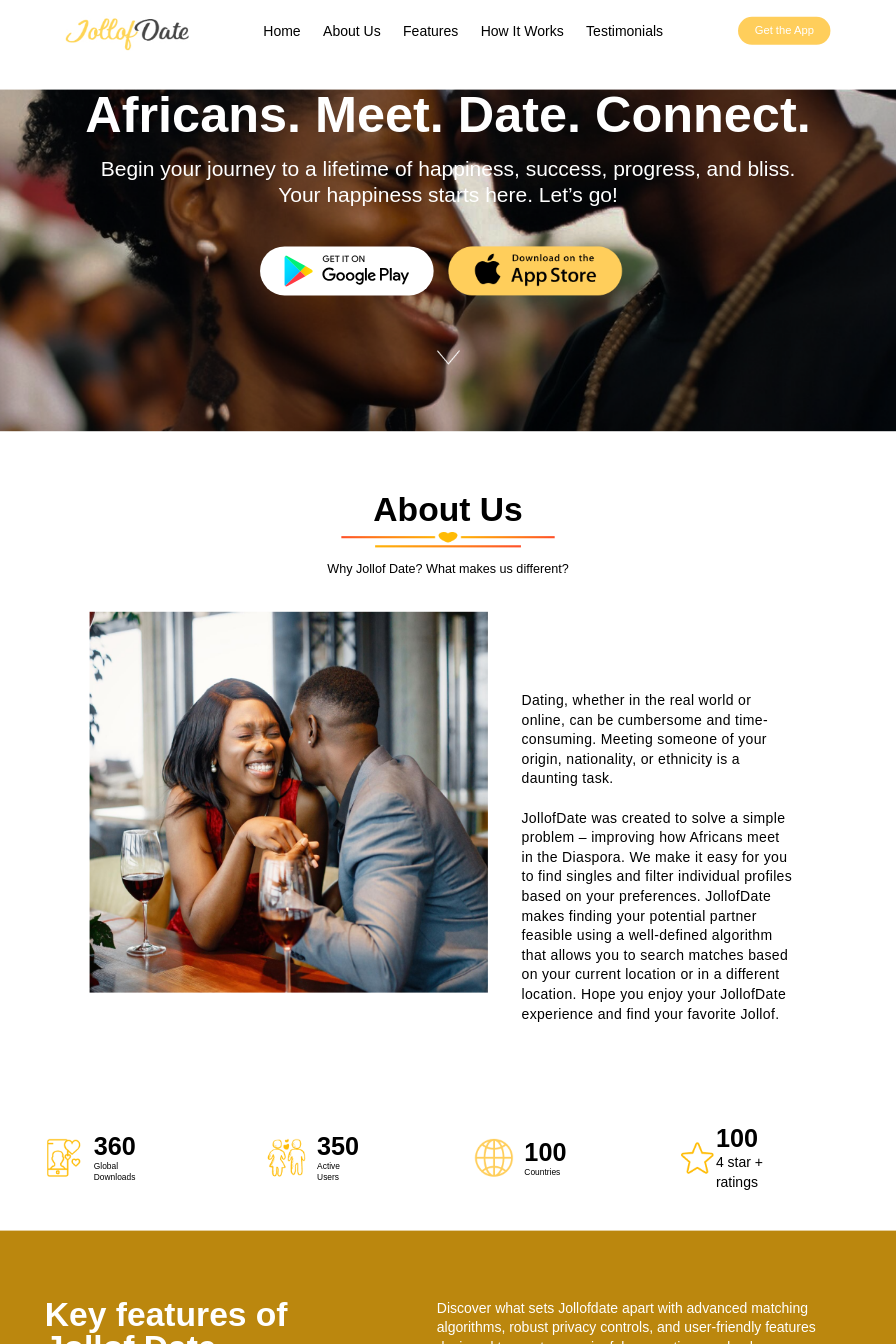
Repository: FarhanNasiru/jollofdate-frontend
Page: /
These files come from the project's save history. The page is drawn as it stood at one moment and after the next save; the edit follows.
The browser window is 1280 px wide. The pictures show the part of the page from y = 0 to 1920 px (the page is 6996 px tall before and 7252 px after), at 70% of full size.
Some web fonts or font styles are not loaded; a fallback is used. The project was rebuilt for these pictures with package versions that can differ from the ones it lists, and the page was loaded fresh each time. Also part of the build but not shown: vite.config.js, src/Pages/Footer2.jsx, src/components/Header2.jsx, src/Pages/privacy.jsx, src/Pages/Term.jsx.

Above is the page before, as saved 2024-08-20 16:42:12.

### index.html
<!doctype html>
<html lang="en">
  <head>
    <meta charset="UTF-8" />
    <link rel="icon" type="image/svg+xml" href="/vite.svg" />
    <meta name="viewport" content="width=device-width, initial-scale=1.0" />
    <title>Jellof Date</title>
  </head>
  <body>
    <div id="root"></div>
    <script type="module" src="/src/main.jsx"></script>
  </body>
</html>

### src/App.jsx
import { BrowserRouter as Router, Route, Routes } from "react-router-dom";
import Home from "./Pages/Home";
import Privacy from "./Pages/privacy";
import Terms from "./Pages/Term";
import "./index.css";
const App = () => {
  return (
    <Router>
      <main>
        <Routes>
          <Route path="/" element={<Home />} />
          <Route path="/privacy" element={<Privacy />} />
          <Route path="/terms" element={<Terms />} />
        </Routes>
      </main>
    </Router>
  );
};

export default App;

### src/index.css
@import url('https://fonts.cdnfonts.com/css/hvdtrial-brandon-grotesque');
@import url('https://fonts.googleapis.com/css2?family=Almendra:ital,wght@0,400;0,700;1,400;1,700&display=swap');
@import "slick-carousel/slick/slick.css";
@import "slick-carousel/slick/slick-theme.css";

@tailwind base;
@tailwind components;
@tailwind utilities;

### src/Pages/Home.jsx
import Faq from "../components/Faq";
import Testimonials from "../components/Testimonials";
import Community from "../components/Community";
import How from "../components/Howitworks";
import Features from "../components/Features";
import About from "../components/Aboutus";
import Download from "../components/Download";
import Footer from "../components/Footer";
import Header from "../components/Header";

function Home() {
  return (
    <main className=" bg-white justify-center font-HvDTrial">
      <Header />
      <section
        id="home"
        className="pl-8 pr-8 justify-center bg-center bg-no-repeat items-center w-full lg:mt-32 lg:pb-9 bg-[url('/Images/Home-bg.png')] "
      >
        <h1 className="  text-wrap text-white text-7xl md:text-7xl  font-medium md:font-semibold text-center pb-6 h-auto">
          Africans. Meet. Date. Connect.{" "}
        </h1>
        <p className=" text-2xl px-6 text-center text-white font-normal md:text-3xl">
          Begin your journey to a lifetime of happiness, success, progress, and
          bliss.
          <br /> Your happiness starts here. Let’s go!
        </p>
        <div className=" flex justify-center pt-12 flex-wrap pb-16">
          <a
            href="#"
            className="bg-transparent text-black px-1 py-1 rounded flex items-center"
          >
            <img
              src="/Images/Googleplay-whitesvg.svg"
              alt="Google Play"
              className="w-full h-full img-center"
            />
          </a>
          <a
            href="#"
            className="bg-transparent text-black px-4 py-2 rounded flex items-center"
          >
            <img
              src="/Images/Applestore-white.png"
              alt="App Store"
              className="w-full h-full mr-2"
            />
          </a>
        </div>
        <div className=" justify-center ">
          <a href="#footer">
            <img
              src="/Images/Home-arrow.png"
              alt=""
              className=" sm:hidden md:flex lg:flex xl:flex justify-center m-auto md:mb-14"
            />
          </a>
        </div>
      </section>
      <About />
      <Features />
      <How />
      <Testimonials />
      <Community />
      <Faq />
      <Download />
      <Footer />
    </main>
  );
}

export default Home;

### src/components/Faq.jsx
import { useState } from "react";

function Faq() {
  const [openIndexes, setOpenIndexes] = useState([]);

  const toggleDropdown = (index) => {
    if (openIndexes.includes(index)) {
      setOpenIndexes(openIndexes.filter((i) => i !== index));
    } else {
      setOpenIndexes([...openIndexes, index]);
    }
  };

  const faqItems = [
    "How can I create my profile on the app?",
    "How can I create my profile on the app?",
    "How can I create my profile on the app?",
    "How can I create my profile on the app?",
    "How can I create my profile on the app?",
    "How can I create my profile on the app?",
  ];

  return (
    <section id="frequently-asked-questions" className="pb-14 sm:px-9">
      <div className="sm:pb-20 md:pb-12">
        <h2 className="text-2xl md:text-3xl font-bold text-center pt-5">
          Frequently Asked Questions
        </h2>
        <div className="flex justify-center py-4">
          <img src="/Images/love-logo.png" alt="" className=" md:w-auto" />
        </div>
        <h3 className="text-center text-lg">
          You have questions? Check here for answers
        </h3>
      </div>
      <div className="text-left sm:text-wrap px-4">
        {faqItems.map((item, index) => (
          <div key={index} className=" mx-auto mt-3">
            <div
              className={`flex pt-7 pl-16 pr-12 pb-6 justify-between cursor-pointer ${
                openIndexes.includes(index)
                  ? "bg-customYellow1 font-bold text-black text-xl rounded-t-md"
                  : "bg-bright text-black text-lg border-solid border rounded-lg border-customYellow1"
              }`}
              onClick={() => toggleDropdown(index)}
            >
              <p className="text-xl font-medium">{item}</p>
              {openIndexes.includes(index) ? (
                <div className="h-6 w-6">
                  <img src="/Images/add.svg" alt="" />
                </div>
              ) : (
                <div className="h-6 w-6">
                  <img src="/Images/add2.svg" alt="" className="bg-white" />
                </div>
              )}
            </div>
            {openIndexes.includes(index) && (
              <div className="p-4 bg-customYellow1 rounded-b-md shadow pt-7 pl-16 pr-12 pb-8">
                <p className=" xl:w-custom3text-xl md:text-wrap sm:text-balance">
                  Begin your journey to a lifetime of happiness, success,
                  progress and bliss. Begin your journey to a lifetime of
                  happiness, success, progress and bliss. Begin your journey to
                  a lifetime of happiness, success, progress and bliss. Begin
                  your journey to a lifetime of happiness, success, progress and
                  bliss. Begin your journey to a lifetime of happiness, success,
                  progress and bliss. Begin your journey to a lifetime of
                  happiness, success, progress and bliss. Begin your journey to
                  a lifetime of happiness, success, progress and bliss.
                </p>
              </div>
            )}
          </div>
        ))}
      </div>
    </section>
  );
}

export default Faq;

### src/components/Testimonials.jsx
import { Carousel } from "antd";

function Testimonials() {
  const contentStyle = {
    height: "auto",
    color: "#fff",
    lineHeight: "40px",
    textAlign: "center",
    background: "transparent",
  };

  const testimonials = [
    {
      quote:
        "“Other dating apps were like shooting fish in a barrel. But my girlfriend and I clicked right away on Jollofdate, and the conversation was effortless. We’ve been together for over a year.”",
      name: "Caitlyn King",
    },
    {
      quote:
        "“Other dating apps were like shooting fish in a barrel. But my girlfriend and I clicked right away on Jollofdate, and the conversation was effortless. We’ve been together for over a year.”",
      name: "Crystabel lyn",
    },
    {
      quote:
        "“Other dating apps were like shooting fish in a barrel. But my girlfriend and I clicked right away on Jollofdate, and the conversation was effortless. We’ve been together for over a year.”",
      name: "David Johnson",
    },
    {
      quote:
        "“Other dating apps were like shooting fish in a barrel. But my girlfriend and I clicked right away on Jollofdate, and the conversation was effortless. We’ve been together for over a year.”",
      name: "King Micheal",
    },
  ];

  return (
    <section id="testimonials" className="p-8 pt-24">
      <div>
        <h2 className="text-5xl font-normal text-center p-2">Testimonials</h2>
        <div className="flex justify-center pb-5 md:pb-6">
          <img src="/Images/love-logo.png" alt="Love Logo" />
        </div>
        <h3 className="text-center text-lg">
          Read what our existing users have to say
        </h3>
      </div>
      <div className="text-center pt-9 pb-16 text-black">
        <Carousel autoplay>
          {testimonials.map((testimonial, index) => (
            <div key={index}>
              <div style={contentStyle}>
                <h1 className="text-black text-center m-auto font-normal text-2xl text-wrap">
                  {testimonial.quote}
                </h1>
                <div className="flex justify-center py-3">
                  {[...Array(5)].map((_, i) => (
                    <img
                      key={i}
                      src="/Images/Star.svg"
                      alt="Star"
                      className="mx-1"
                    />
                  ))}
                </div>
                <p className="text-center text-black text-lg pb-8">
                  {testimonial.name}
                </p>
              </div>
            </div>
          ))}
        </Carousel>
      </div>
    </section>
  );
}

export default Testimonials;

### src/components/Community.jsx
function Community() {
  return (
    <div>
      <section
        id="Community"
        className="bg-custom-radial flex flex-col items-center justify-center mb-28 px-6 pt-8"
      >
        <div className="space-y-8 text-center text-black">
          <div>
            <h1 className="text-3xl sm:text-4xl md:text-5xl font-bold">
              Join the
            </h1>
            <h2 className="text-3xl sm:text-4xl md:text-5xl font-bold">
              Jollof Date Community
            </h2>
          </div>
          <div className="w-full sm:w-4/5 md:w-3/5 lg:w-custom9 mx-auto">
            <h3 className="text-sm sm:text-base font-normal">
              Download the app from your store and begin your journey to a
              lifetime of happiness, success, progress, and bliss.
            </h3>
          </div>
          <div className="flex flex-col md:flex-row justify-center items-center m-auto gap-3">
            <a href="" className="w-32 md:w-40">
              <img
                src="/Images/Applestore-dark.png"
                alt="Download on the App Store"
                className="m-auto"
              />
            </a>
            <a href="" className="w-32 md:w-40">
              <img
                src="/Images/Googleplay-Dark.png"
                alt="Get it on Google Play"
                className="m-auto"
              />
            </a>
          </div>
        </div>
        <div className="flex justify-center mt-8">
          <img
            src="/Images/threephones.png"
            alt="Three phones showing the app"
            className="w-full sm:w-4/5 md:w-3/5 lg:w-auto"
          />
        </div>
      </section>
    </div>
  );
}

export default Community;

### src/components/Howitworks.jsx
function Howitworks() {
  return (
    <div>
      <section id="how-it-works" className="pt-16 md:pt-72 pb-10">
        <h2 className="text-2xl md:text-3xl font-bold text-center mt-24 md:mt-44 p-2">
          How it works
        </h2>
        <div className="flex justify-center pb-4 md:pb-2">
          <img src="/Images/love-logo.png" alt="" className=" md:w-auto" />
        </div>
        <h3 className="text-center text-sm md:text-base pb-4 md:pb-6">
          A step-by-step guide on how to get started on Jollof Date
        </h3>
        <div className="flex flex-col xl:flex-row p-4 md:p-8 space-y-8 md:space-y-0">
          <div id="picture" className="flex justify-center   space-x-3 ">
            <img
              src="/Images/f-and-j-frame.png"
              alt=""
              className="w-full md:w-auto"
            />
          </div>
          <div className="icon space-y-8 md:space-y-11 md:ml-11">
            <div className="flex gap-4 md:gap-6">
              <img
                src="/Images/sign up.png"
                alt=""
                className="w-12 h-12 md:w-16 md:h-16"
              />
              <div>
                <h1 className="font-bold text-xl md:text-2xl">Sign Up</h1>
                <h2 className="font-normal text-sm md:text-xl">
                  Begin your journey to a lifetime of happiness, success,
                  progress, and bliss.
                </h2>
              </div>
            </div>
            <div className="flex gap-4 md:gap-6">
              <img
                src="/Images/create.png"
                alt=""
                className="w-12 h-12 md:w-16 md:h-16"
              />
              <div>
                <h1 className="font-bold text-xl md:text-2xl">
                  Create Profile and Add Preferences
                </h1>
                <h2 className="font-normal text-sm md:text-xl">
                  Share your interests, hobbies, and a bit about yourself to
                  help us find your perfect match.
                </h2>
              </div>
            </div>
            <div className="flex gap-4 md:gap-6">
              <img
                src="/Images/browse.png"
                alt=""
                className="w-12 h-12 md:w-16 md:h-16"
              />
              <div>
                <h1 className="font-bold text-xl md:text-2xl">
                  Browse and Match
                </h1>
                <h2 className="font-normal text-sm md:text-xl">
                  Use our advanced filters to find people who share your
                  interests and values. Start connecting today.
                </h2>
              </div>
            </div>
            <div className="flex gap-4 md:gap-6">
              <img
                src="/Images/chat.png"
                alt=""
                className="w-12 h-12 md:w-16 md:h-16"
              />
              <div>
                <h1 className="font-bold text-xl md:text-2xl">Chat and Call</h1>
                <h2 className="font-normal text-sm md:text-xl">
                  Get to know your matches better and build connections in a
                  safe and private environment.
                </h2>
              </div>
            </div>
          </div>
        </div>
      </section>
    </div>
  );
}

export default Howitworks;

### src/components/Features.jsx
function Features() {
  return (
    <div>
      <section
        id="features"
        className=" md:p-8 pt-16 md:pt-24 mb-20 md:mb-40 bg-featuresY h-full w-full md:h-custom16"
      >
        <div className="">
          <div className="flex flex-col md:flex-row justify-between m-auto px-4 md:px-8 space-y-4 md:space-y-0">
            <h3 className="text-3xl md:text-5xl font-bold w-full md:w-96 h-auto md:h-36 text-white">
              Key features of Jollof Date
            </h3>
            <h2 className="text-xl w-full md:w-custom4 font-normal text-white">
              Discover what sets Jollofdate apart with advanced matching
              algorithms, robust privacy controls, and user-friendly features
              designed to create meaningful connections and enhance your online
              dating experience.
            </h2>
          </div>
          <div className="flex flex-col md:flex-row h-full space-y-4 md:space-y-0 md:space-x-9 pl-0 md:pl-8 pr-0 md:pr-8 mt-8 w-full">
            <div className="bg-white text-center border rounded-3xl">
              <img
                src="/Images/phone1.png"
                alt=""
                className="w-full md:w-auto"
              />
            </div>
            <div className="bg-white text-center border rounded-3xl">
              <a href="">
                <img src="/Images/Phone2.png" alt="" className="w-full" />
              </a>
            </div>
            <div className="bg-white text-center border rounded-3xl">
              <a href="">
                <img src="/Images/Phone3.png" alt="" className="w-full" />
              </a>
            </div>
          </div>
        </div>
      </section>
    </div>
  );
}

export default Features;

### src/components/Aboutus.jsx
function Aboutus() {
  return (
    <div>
      <section id="about-us" className="pt-16 md:pt-20">
        <div className="px-4 md:px-24">
          <h2 className="text-3xl md:text-5xl font-bold text-center p-2">
            About Us
          </h2>
          <div className="flex justify-center pb-4">
            <img src="/Images/love-logo.png" alt="" className="md:14" />
          </div>
          <h3 className="text-center text-base md:text-lg pb-8 md:pb-12">
            Why Jollof Date? What makes us different?
          </h3>
          <div className="flex flex-col xl:flex-row gap-4 lg:gap-8 px-2 lg:px-8 pb-16 lg:pb-32 justify-center">
            <img
              src="/Images/Lovers.png"
              alt=""
              className="max-w-xl max-h-3px"
            />
            <div className="tracking-wide bg-white p-4 md:pt-28 font-normal text-base md:text-xl">
              <p>
                Dating, whether in the real world or online, can be cumbersome
                and time-consuming. Meeting someone of your origin, nationality,
                or ethnicity is a daunting task.
              </p>
              <br />
              <p>
                JollofDate was created to solve a simple problem – improving how
                Africans meet in the Diaspora. We make it easy for you to find
                singles and filter individual profiles based on your
                preferences. JollofDate makes finding your potential partner
                feasible using a well-defined algorithm that allows you to
                search matches based on your current location or in a different
                location. Hope you enjoy your JollofDate experience and find
                your favorite Jollof.
              </p>
            </div>
          </div>
        </div>
        <div className="flex flex-col md:flex-row justify-center items-center space-y-12 md:space-y-0 md:space-x-20 lg:space-x-48 px-16 pb-14 w-11/12">
          <div className="flex items-center">
            <img src="/Images/person.png" alt="Person Icon" className="mr-4" />
            <div className="text-center md:text-left">
              <h1 className="font-bold text-4xl">360</h1>
              <h2 className="text-xs">Global Downloads</h2>
            </div>
          </div>

          <div className="flex items-center">
            <img src="/Images/people.png" alt="People Icon" className="mr-4" />
            <div className="text-center md:text-left">
              <h1 className="font-bold text-4xl">350</h1>
              <h2 className="text-xs">Active Users</h2>
            </div>
          </div>

          <div className="flex items-center">
            <img src="/Images/world-o.png" alt="World Icon" className="mr-4" />
            <div className="text-center md:text-left">
              <h1 className="font-bold text-4xl">100</h1>
              <h2 className="text-xs">Countries</h2>
            </div>
          </div>

          <div className="flex items-center">
            <img src="/Images/Star2.png" alt="Star Icon" className="" />
            <div className="text-center md:text-left">
              <h1 className="font-bold text-4xl">100</h1>
              <h2 className="text-xs lg:text-xl">4 star + ratings</h2>
            </div>
          </div>
        </div>
      </section>
    </div>
  );
}

export default Aboutus;

### src/components/Download.jsx
function Download() {
  return (
    <section
      id="last"
      className=" mt-20 w-full justify-center bg-customYellow1 md:w-3/4 xl:w-4/5 md:h-full pb-9 m-auto pt-9 p-11 border-0 rounded-2xl -mb-[100px] relative "
    >
      <div className="">
        <div>
          <h1 className="text-center font-normal text-xl pb-3 pl-3 pr-3">
            Your one stop spot for the right relationship
          </h1>
        </div>
        <h3 className="text-center font-bold text-4xl pb-3 lg:">
          Download Jollofdate Now
        </h3>
        <h2 className=" flex text-center justify-center m-auto font-normal xl:w-80 pb-8">
          Begin your journey to a lifetime of happiness, success, progress and
          bliss.
        </h2>
        <div className="text-center md:flex flex-wrap justify-center gap-4 m-auto space-y-7 md:space-y-0 ">
          <img
            src="/Images/Applestore-dark.png"
            alt=""
            className="m-auto md:m-0"
          />
          <img
            src="/Images/Googleplay-Dark.png"
            alt=""
            className="m-auto md:m-0"
          />
        </div>
      </div>
    </section>
  );
}

export default Download;

Loaded but not shown: src/main.jsx (common file); tailwind.config.js (58 lines, source omitted); src/components/Header.jsx (148 lines, source omitted); src/components/Footer.jsx (106 lines, source omitted)

After the next save:
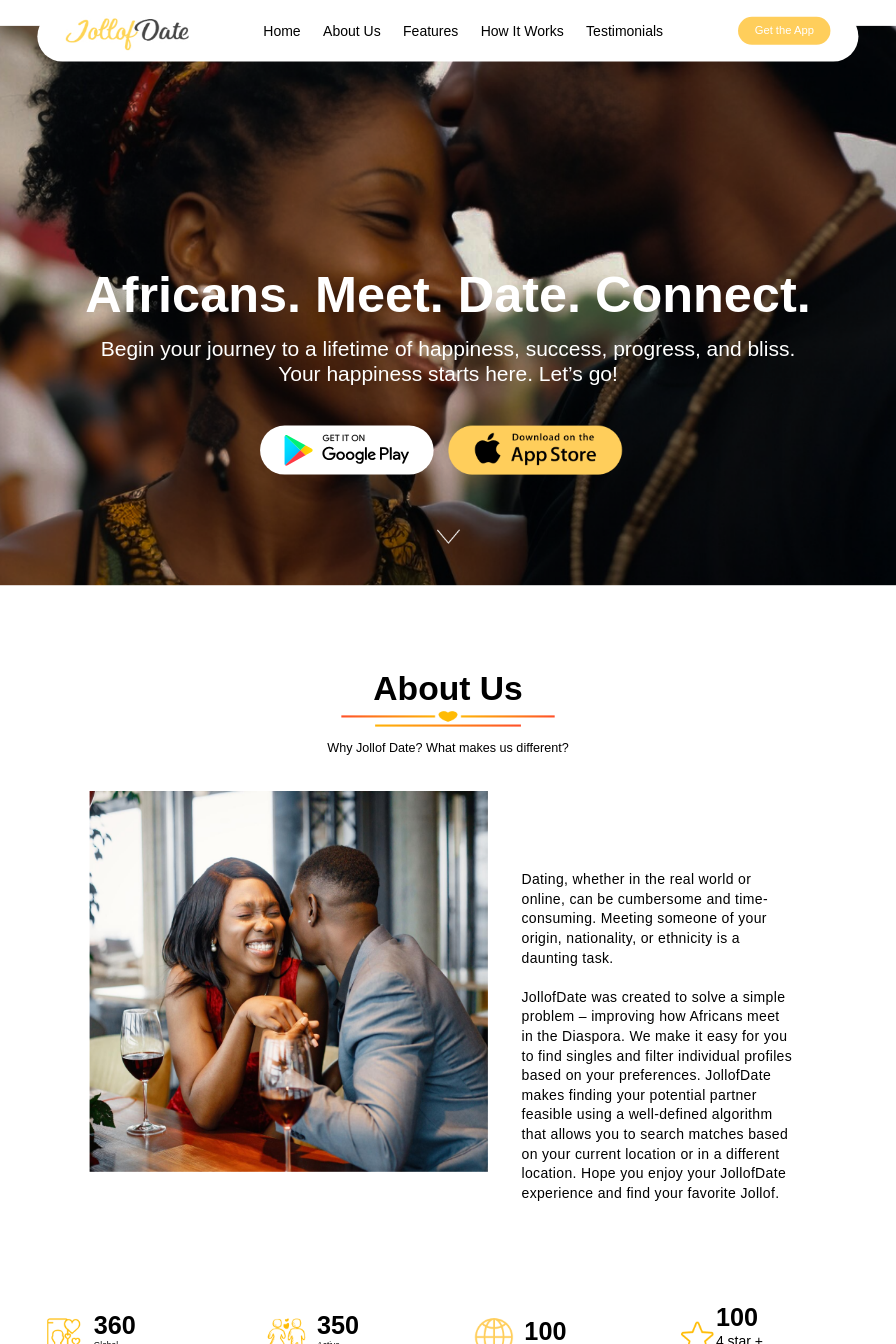
Saved 27 s later.
--- a/src/Pages/Home.jsx
+++ b/src/Pages/Home.jsx
@@ -14,7 +14,7 @@
       <Header />
       <section
         id="home"
-        className="pl-8 pr-8 justify-center bg-center bg-no-repeat items-center w-full lg:mt-32 lg:pb-9 bg-[url('/Images/Home-bg.png')] "
+        className="pl-8 pr-8 justify-center bg-center bg-no-repeat items-center w-full lg:pt-96 lg:pb-9 bg-[url('/Images/Home-bg.png')] "
       >
         <h1 className="  text-wrap text-white text-7xl md:text-7xl  font-medium md:font-semibold text-center pb-6 h-auto">
           Africans. Meet. Date. Connect.{" "}
